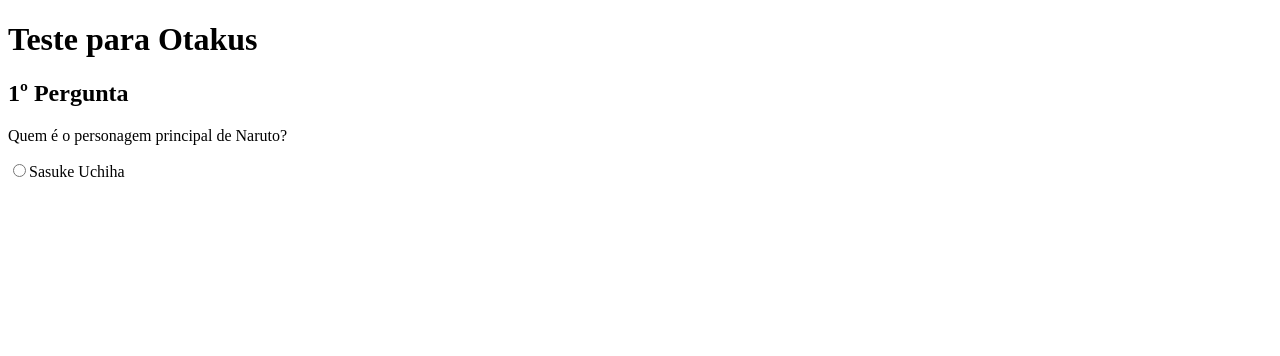
Repository: raullino230/Otako-Quiz
Page: site.html
These files come from the project's save history. The page is drawn as it stood at one moment and after the next save; the edit follows.
The browser window is 1280 px wide. The pictures show the whole page.

Above is the page before, as saved 2025-09-30 20:24:05.

After the next save:
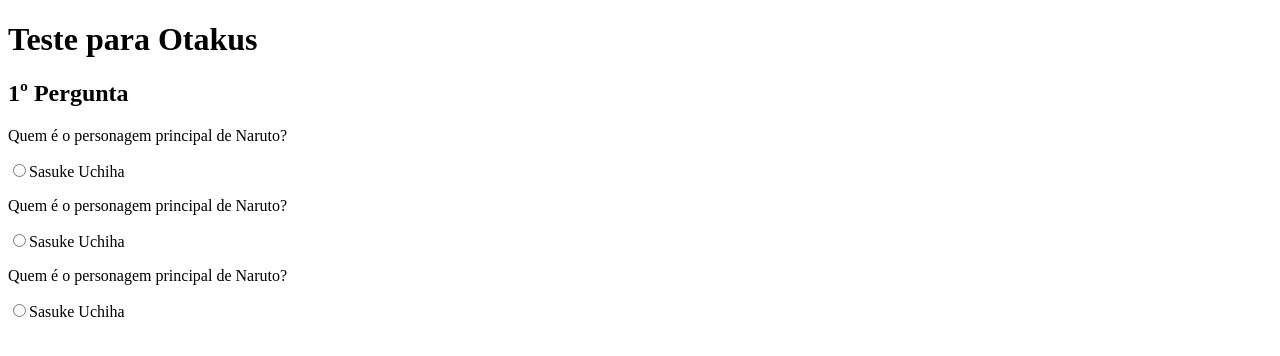
Saved 8 s later.
--- a/site.html
+++ b/site.html
@@ -15,5 +15,17 @@
             <input type="radio" name="alternativa1" value="a">Sasuke Uchiha
         </label>
     </form>
+     <form id="alternativa1">
+        <p id="a1" class="quiz1"> Quem é o personagem principal de Naruto?</p>
+        <label>
+            <input type="radio" name="alternativa1" value="a">Sasuke Uchiha
+        </label>
+    </form>
+     <form id="alternativa1">
+        <p id="a1" class="quiz1"> Quem é o personagem principal de Naruto?</p>
+        <label>
+            <input type="radio" name="alternativa1" value="a">Sasuke Uchiha
+        </label>
+    </form>
 </body>
 </html>

After the 2 saves that followed:
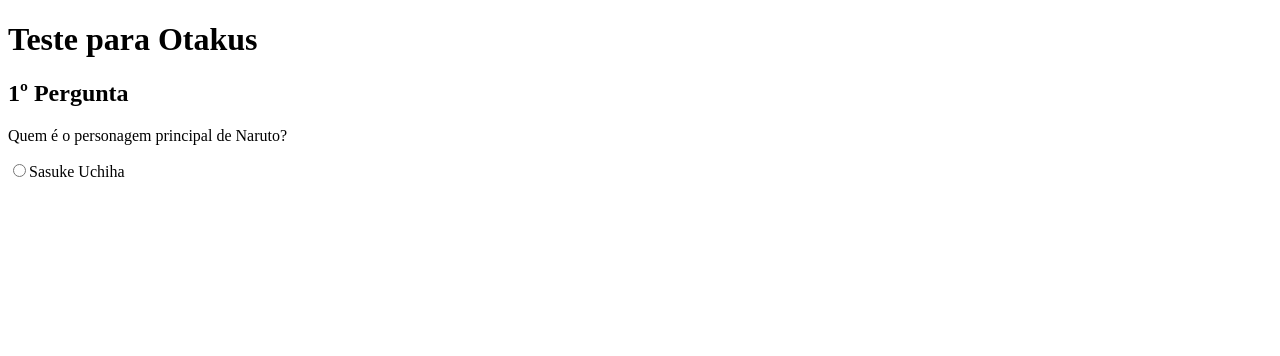
The 2 saves are shown as one change because they came seconds apart.
The last was saved 9 s later.
--- a/site.html
+++ b/site.html
@@ -15,17 +15,6 @@
             <input type="radio" name="alternativa1" value="a">Sasuke Uchiha
         </label>
     </form>
-     <form id="alternativa1">
-        <p id="a1" class="quiz1"> Quem é o personagem principal de Naruto?</p>
-        <label>
-            <input type="radio" name="alternativa1" value="a">Sasuke Uchiha
-        </label>
-    </form>
-     <form id="alternativa1">
-        <p id="a1" class="quiz1"> Quem é o personagem principal de Naruto?</p>
-        <label>
-            <input type="radio" name="alternativa1" value="a">Sasuke Uchiha
-        </label>
-    </form>
+
 </body>
 </html>
